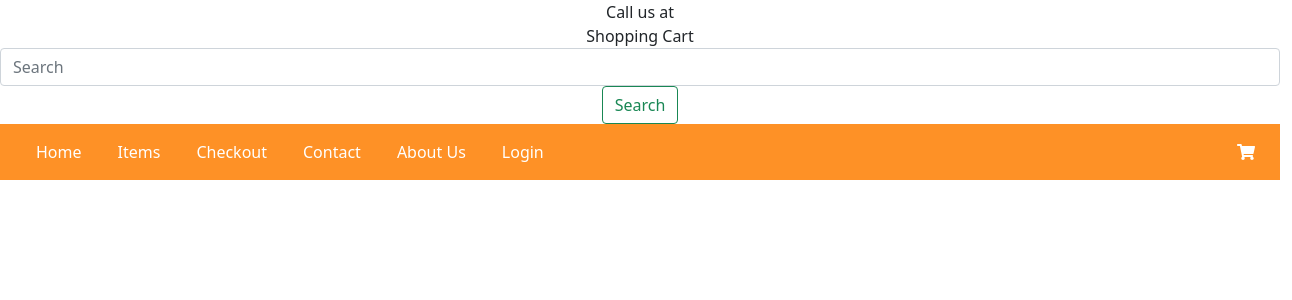
Repository: SaudCh/React-Ecommerce
Page: /login
An editor plug-in stored every save of this project. The page is shown before and after the next save, followed by the edit.
The browser window is 1280 px wide. The page is 1292 px wide, so the pictures cover 1292 px, including what lies to the right of the window. The pictures show the whole page.
The project was rebuilt for these pictures with package versions that can differ from the ones it lists, and the page was loaded fresh each time. Also part of the build but not shown: src/App.css.

Above is the page before, as saved 2021-12-05 12:34:50.

### src/App.js
import "./App.css";
import Header from "./Header/Header";
import "../node_modules/bootstrap/dist/css/bootstrap.min.css";
import "../node_modules/bootstrap/dist/js/bootstrap.bundle.min";
import { BrowserRouter, Switch, Route } from "react-router-dom";

function App() {
  return (
    <BrowserRouter>
      <Header />
      <Switch>
        <Route path="/" exact>
          <div>Home</div>
        </Route>
      </Switch>
    </BrowserRouter>
  );
}

export default App;

### src/Header/Header.jsx
import { faShoppingCart } from "@fortawesome/free-solid-svg-icons";
import { FontAwesomeIcon } from "@fortawesome/react-fontawesome";
import React from "react";
import { Link } from "react-router-dom";
import "./Header.css";

export default function Header() {
  return (
    <div>
      <nav className="cotainer-fluid">
        <div className="row">
          <div className="col-12 text-center">
            <p className="m-0 p-0">Call us at </p>
          </div>
          <div className="col-12 text-center">
            <p className="m-0">Shopping Cart</p>
          </div>
          <div className="col-12 text-center">
            <form class="form-inline my-2 my-lg-0">
              <input
                class="form-control col-10 mr-sm-2"
                type="search"
                placeholder="Search"
                aria-label="Search"
              />
              <button
                class="btn btn-outline-success my-2 my-sm-0"
                type="submit"
              >
                Search
              </button>
            </form>
          </div>
        </div>
      </nav>
      <nav
        class="navbar navbar-expand-md navbar-dark"
        style={{ backgroundColor: "#fe9126" }}
      >
        <div class="container-fluid">
          <Link class="navbar-brand" href="#"></Link>

          <button
            class="navbar-toggler"
            type="button"
            data-bs-toggle="collapse"
            data-bs-target="#navbarSupportedContent"
            aria-controls="navbarSupportedContent"
            aria-expanded="false"
            aria-label="Toggle navigation"
          >
            <span class="navbar-toggler-icon"></span>
          </button>
          <div class="collapse navbar-collapse" id="navbarSupportedContent">
            <ul class="navbar-nav me-auto mb-2 mb-lg-0 nav-ul">
              <li class="nav-item">
                <Link class="nav-link  text-white" aria-current="page" to="#">
                  Home
                </Link>
              </li>
              <li class="nav-item">
                <Link class="nav-link  text-white" to="#">
                  Items
                </Link>
              </li>

              <li class="nav-item">
                <Link
                  class="nav-link text-white"
                  to="#"
                  tabindex="-1"
                  aria-disabled="true"
                >
                  Checkout
                </Link>
              </li>
              <li class="nav-item">
                <Link
                  class="nav-link text-white"
                  to="#"
                  tabindex="-1"
                  aria-disabled="true"
                >
                  Contact
                </Link>
              </li>
              <li class="nav-item">
                <Link
                  class="nav-link text-white"
                  to="#"
                  tabindex="-1"
                  aria-disabled="true"
                >
                  About Us
                </Link>
              </li>
              <li class="nav-item">
                <Link
                  class="nav-link text-white"
                  to="#"
                  tabindex="-1"
                  aria-disabled="true"
                >
                  Login
                </Link>
              </li>
            </ul>
            <button className="btn text-white">
              <FontAwesomeIcon icon={faShoppingCart} />
            </button>
          </div>
        </div>
      </nav>
    </div>
  );
}

### src/Header/Header.css
.nav-ul li {
  margin-right: 20px;
}

Loaded but not shown: public/index.html (common file); src/index.js (common file); src/reportWebVitals.js (common file)

After the next save:
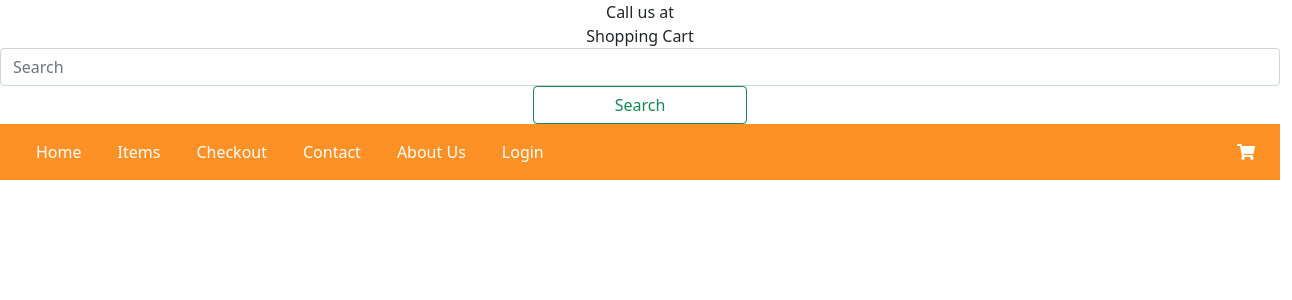
Saved 9 s later.
--- a/src/Header/Header.jsx
+++ b/src/Header/Header.jsx
@@ -24,7 +24,7 @@ export default function Header() {
                 aria-label="Search"
               />
               <button
-                class="btn btn-outline-success my-2 my-sm-0"
+                class="btn col-2 btn-outline-success my-2 my-sm-0"
                 type="submit"
               >
                 Search
